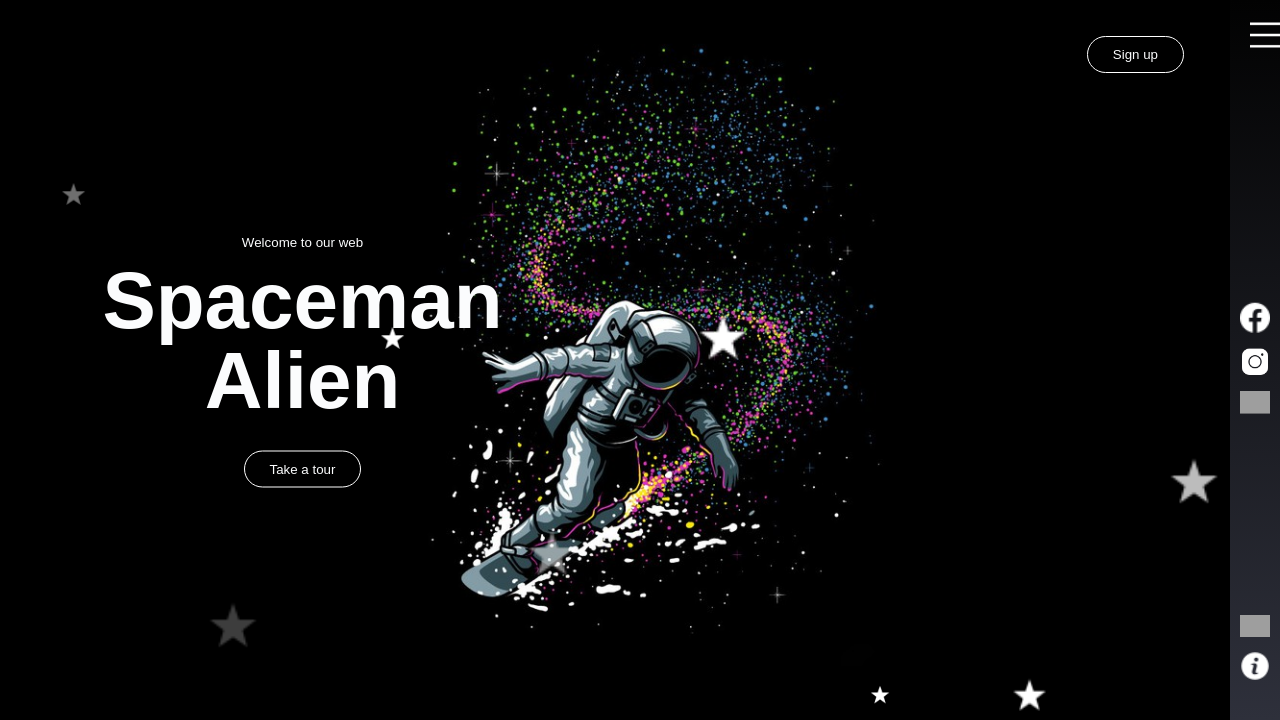
Repository: 70y-ali/branding_
Page: /
These files come from the project's save history. The page is drawn as it stood at one moment and after the next save; the edit follows.
The browser window is 1280 px wide. The pictures show the whole page.
Pictures or frames that could not be fetched are drawn as grey boxes. The project was rebuilt for these pictures with package versions that can differ from the ones it lists, and the page was loaded fresh each time. A package was used in the major version that the imports need, not the one package.json lists.

Above is the page before, as saved 2020-12-29 16:28:57.

### src/index.js
import React from 'react';
import ReactDOM from 'react-dom';
import App from '../src/views/App';
import './index.css';

ReactDOM.render(
  <App />,
  document.getElementById('root')
);
// import React from 'react'
// import { render } from 'react-dom'
// import { Provider } from 'react-redux'
// import { BrowserRouter as Router } from 'react-router-dom'
// import App from 'views/App'
// import store from 'redux/rootStore'

// import '@fortawesome/fontawesome-free/css/all.min.css'
// import 'react-datepicker/dist/react-datepicker.css'
// import './index.css'

// require('dotenv').config()

// render(
// 	<Provider store={store}>
// 		<Router>
// 			<App />
// 		</Router>
// 	</Provider>
// 	,document.getElementById('root')
// )

### src/views/App.js
import React, { Component } from 'react';
// import logo from '../logo.svg';
import '../App.css';
import Home from './HomePage'

class App extends Component {
  render() {
    return (
      <div className="App">
        <Home/>
        {/* <div className="App-header">
          <img src={logo} className="App-logo" alt="logo" />
          <h2>Welcome to React</h2>
        </div>

        <p className="App-intro">
          To get started, edit <code>src/App.js</code> and save to reload.
        </p> */}
      </div>
    );
  }
}

export default App;
// import React, { Fragment } from 'react'
// import { Route, Switch } from 'react-router-dom'
// import Cookie from 'utilities/CookieUtility'
// import {
// 	Navbar,
// 	Footer,
// 	CallReceiveModal
// } from 'components/OtherComponents'
// import AgentPage from './AgentPage'
// import AnnouncementPage from './AnnouncementPage'
// import BonusPage from './BonusPage'
// import CallRegisterPage from './CallRegisterPage'
// import LostPage from './LostCallPage'
// import CallTypePage from './CallTypePage'
// import CallTypeTestPage from './CallTypeTestPage'
// import ConsumerPage from './ConsumerPage'
// import {DashboardPage} from './DashboardPage'

// import HomePage from './HomePage'
// import LoginPage from './LoginPage'
// import RolePage from './RolePage'
// import IVRPage from './IVRPage'
// import ChatPage from './ChatPage'
// import ChangePasswordPage from './ChangePasswordPage'
// import {
// 	TicketPage,
// 	TicketOtherEmploymentPage,
// 	TicketReportListPage
// } from './TicketPage'
// import {
// 	OperatorReportPage,
// 	OperatorHistoryPage,
// 	OperatorPage
// } from './OperatorPage'
// import {
// 	CallReportPage
// } from './CallReportPage'
// import { MessagePage,
// 	MessageHistoryPage
// } from './MessagePage'
// import {TestHourPage}  from './TestHourPage'
// import {TestPage} from './TestPage'
// import {NewOrderPage,
// 	OrderFilterPage,
// 	NewOrderRegistrationPage,
// 	OrderRangePage,
// 	ReportPage} from './OrderPage'
// import NewComponent from './NewComponentsPage'
// import {SocialReportPage} from './SocialReportPage'
// import MergePage from './SocialMergePage'
// import {AdminPage}from './AdminPage'
// import {
// 	OutingPage,
// 	LevelOnePage,
// 	LevelTwoPage
// } from './OutingPage'

// const Routes = () => {
// 	const authorization = Cookie.get('auth')
// 	if (authorization)
// 		return (
// 			<Fragment>
// 				<Navbar />
// 				<CallReceiveModal />
// 				<Switch>
// 					<Route
// 						path='/outing-telesales'
// 						component={OutingPage}
// 						exact
// 					/>
// 					<Route
// 						path='/outing-level-one'
// 						component={LevelOnePage}
// 						exact
// 					/>
// 					<Route
// 						path='/outing-level-two'
// 						component={LevelTwoPage}
// 						exact
// 					/>
// 					<Route
// 						path='/order-report'
// 						component={ReportPage}
// 						exact
// 					/>
// 					<Route
// 						path='/social-report'
// 						component={SocialReportPage}
// 						exact
// 					/>
// 					<Route
// 						path='/admin-panel'
// 						component={AdminPage}
// 						exact
// 					/>
// 					<Route
// 						path='/merge'
// 						component={MergePage}
// 						exact
// 					/>
// 					<Route
// 						path='/new-order'
// 						component={NewOrderPage}
// 						exact
// 					/>
// 					<Route
// 						path='/operator-order'
// 						component={OrderFilterPage}
// 						exact
// 					/>
// 					<Route
// 						path='/order-range'
// 						component={OrderRangePage}
// 						exact
// 					/>
// 					<Route
// 						path='/order-registration'
// 						component={NewOrderRegistrationPage}
// 						exact
// 					/>
// 					<Route
// 						path='/operator-work-report'
// 						component={OperatorPage}
// 						exact
// 					/>
// 					<Route
// 						path='/management-operator-hour'
// 						component={TestPage}
// 						exact
// 					/>
// 					<Route
// 						path='/test-test'
// 						component={TestHourPage}
// 						exact
// 					/>
// 					<Route
// 						path='/type-test'
// 						component={CallTypeTestPage}
// 						exact
// 					/>
// 					<Route
// 						path='/'
// 						component={HomePage}
// 						exact
// 					/>
// 					<Route
// 						path='/send-message'
// 						component={MessagePage}
// 					/>
// 					<Route
// 						path='/message-history'
// 						component={MessageHistoryPage}
// 					/>
// 					<Route
// 						path='/lost-call-report'
// 						component={LostPage}
// 					/>
// 					<Route
// 						path='/dashboard'
// 						component={DashboardPage}
// 						exact
// 					/>
// 					<Route
// 						path='/agent'
// 						component={AgentPage}
// 						exact
// 					/>
// 					<Route
// 						path='/announcement'
// 						component={AnnouncementPage}
// 						exact
// 					/>
// 					<Route
// 						path='/help'
// 						component={BonusPage}
// 						exact
// 					/>
// 					<Route
// 						path='/call-register'
// 						component={CallRegisterPage}
// 						exact
// 					/>
// 					<Route
// 						path='/call-type'
// 						component={CallTypePage}
// 						exact
// 					/>
// 					<Route
// 						path='/consumer'
// 						component={ConsumerPage}
// 						exact
// 					/>
// 					<Route
// 						path='/role'
// 						component={RolePage}
// 						exact
// 					/>
// 					<Route
// 						path='/change-password'
// 						component={ChangePasswordPage}
// 						exact
// 					/>
// 					<Route
// 						path='/ticket'
// 						component={TicketPage}
// 						exact
// 					/>
// 					<Route
// 						path='/ticket-other-employment'
// 						component={TicketOtherEmploymentPage}
// 						exact
// 					/>
// 					<Route
// 						path='/ticket-report-list'
// 						component={TicketReportListPage}
// 						exact
// 					/>
// 					<Route
// 						path='/operator-history'
// 						component={OperatorHistoryPage}
// 						exact
// 					/>
// 					<Route
// 						path='/operator-report'
// 						component={OperatorReportPage}
// 						exact
// 					/>
// 					<Route
// 						path='/ivr'
// 						component={IVRPage}
// 						exact
// 					/>
// 					<Route
// 						path='/call-account-report'
// 						component={CallReportPage}
// 						exact
// 					/>
// 					<Route
// 						path='/chat'
// 						component={ChatPage}
// 						exact
// 					/>
// 					<Route
// 						path='/test-newComponent'
// 						component={NewComponent}
// 						exact
// 					/>
// 				</Switch>
// 				<Footer />
// 			</Fragment>
// 		)
// 	else return <LoginPage />
// }

// export default Routes

### src/App.css
.App {
  text-align: center;
}

.App-logo {
  animation: App-logo-spin infinite 20s linear;
  height: 80px;
}

.App-header {
  background-color: #222;
  height: 150px;
  padding: 20px;
  color: white;
}

.App-intro {
  font-size: large;
}

@keyframes App-logo-spin {
  from { transform: rotate(0deg); }
  to { transform: rotate(360deg); }
}

*{
  margin: 0;
  padding: 0;
  font-family: sans-serif;
}
.hero{
  width: 100%;
  height: 100vh;
  background-image: url('components/assets/spaceman.jpg');
  background-size: cover;
  background-position: center;
  position: relative;
  overflow: hidden;
}
.logo{
  width:100px;
  cursor:pointer
}
.navbar{
  width:85%;
  height:15%;
  margin:auto;
  display:flex;
  align-items: center;
  justify-content:space-between
}
button{
  color: #fbfcfd;
  padding: 10px 25px;
  background: transparent ;
  border: 1px solid #fff;
  border-radius: 20px;
  outline: none;
  cursor: pointer;
}
.content{
  color: #fbfcfd;
  position: absolute;
  top: 50%;
  left: 8%;
  transform: translateY(-50%);
  z-index: 2;
}
h1{
  font-size: 80px;
  margin: 10px 0 30px;
  line-height: 80px;
}
.side-bar{
  width: 50px;
  height: 100vh;
  background: linear-gradient(#020202, #2e303b);
  position: absolute;
  right: 0;
  top: 0;
}
.menu{
  display: block;
  width: 30px;
  margin: 20px;
  cursor: pointer;
}
.social-links img, .useful-links img{
  width: 30px;
  margin: 5px auto;
  cursor: pointer;
}
.social-links{
  width: 50px;
  text-align: center;
  position: absolute;
  top: 50%;
  transform: translateY(-50%);
}
.useful-links{
  width: 50px;
  text-align: center;
  position: absolute;
  bottom: 30px;
}
.star img{
  width: 50px;
  animation: star 4s linear infinite;
}
.star{
  width: 100%;
  display: flex;
  align-items: center;
  justify-content: space-around;
  position: absolute;
  bottom: 0;
}
@keyframes star{
  0%{
    transform: translateY(0);
    opacity: 0;
  }
  50%{
    opacity: 1;
  }
  70%{
    opacity: 1;
  }
  100%{
    transform: translateY(-80vh);
    opacity: 0;
  }
}
.star img:nth-child(1) {
  animation-delay: 2s;
  width: 25px;
}
.star img:nth-child(2) {
  animation-delay: 1s;
}
.star img:nth-child(3) {
  animation-delay: 3s;
  width: 25px;
}
.star img:nth-child(4) {
  animation-delay: 4.5s;
}
.star img:nth-child(5) {
  animation-delay: 3s;
}
.star img:nth-child(6) {
  width: 20px;
  animation-delay: 6s;
}
.star img:nth-child(7) {
  width: 35px;
  animation-delay: 7s;
}

### src/views/HomePage/index.jsx
import React from 'react'
// import { PageLayout } from 'shared/components'
import Home from '../../components/Home/index'

const HomePage = () => {
	return(
        <Home/>
		// <PageLayout>
		// 	<CallRegisterForm1/>
		// 	{/* <h2 data-testid='homepage' className='text-center mt-90'>DDISH CallCenter</h2> */}
		// </PageLayout>
	)

}

export default HomePage

### src/components/Home/index.js
/* eslint-disable */
import React, { Component } from 'react';
import menu from '../assets/menu.png';
import fb from '../assets/filled_fb.png';
import instagram from '../assets/filled_instagram.png';
import twitter from '../assets/filled_twitter.png';
import share from '../assets/filled_share.png'
import info from '../assets/filled_info.png'
import star from '../assets/start.png'
import '../../App.css'
class Main extends Component {
    render() {
        return (
            <div>
                {/* <img src={Background}></img> */}
                <div className='hero'>
                    <div className='navbar'>
                        <img  className='logo'/> {/*src={Diamond}*/}
                        <button type='button'>Sign up</button>
                    </div>
                    <div className='content'>
                        <small>Welcome to our web</small>
                        <h1>Spaceman<br/>Alien</h1>
                        <button type='button'>Take a tour</button>
                    </div>
                    <div className='side-bar'>
                        <img src={menu} className="menu"/>
                        <div className="social-links">
                            <img src={fb}/>
                            <img src={instagram}/>
                            <img src={twitter}/>
                        </div>
                        <div className="useful-links">
                            <img src={share}/>
                            <img src={info}/>
                        </div>
                    </div>
                    <div className='star'>
                        <img src={star}/>
                        <img src={star}/>
                        <img src={star}/>
                        <img src={star}/>
                        <img src={star}/>
                        <img src={star}/>
                        <img src={star}/>
                        <img src={star}/>
                    </div>
                </div>
            </div>
        )
    }
}

export default Main

Loaded but not shown: public/index.html (common file); src/index.css (common file)

After the next save:
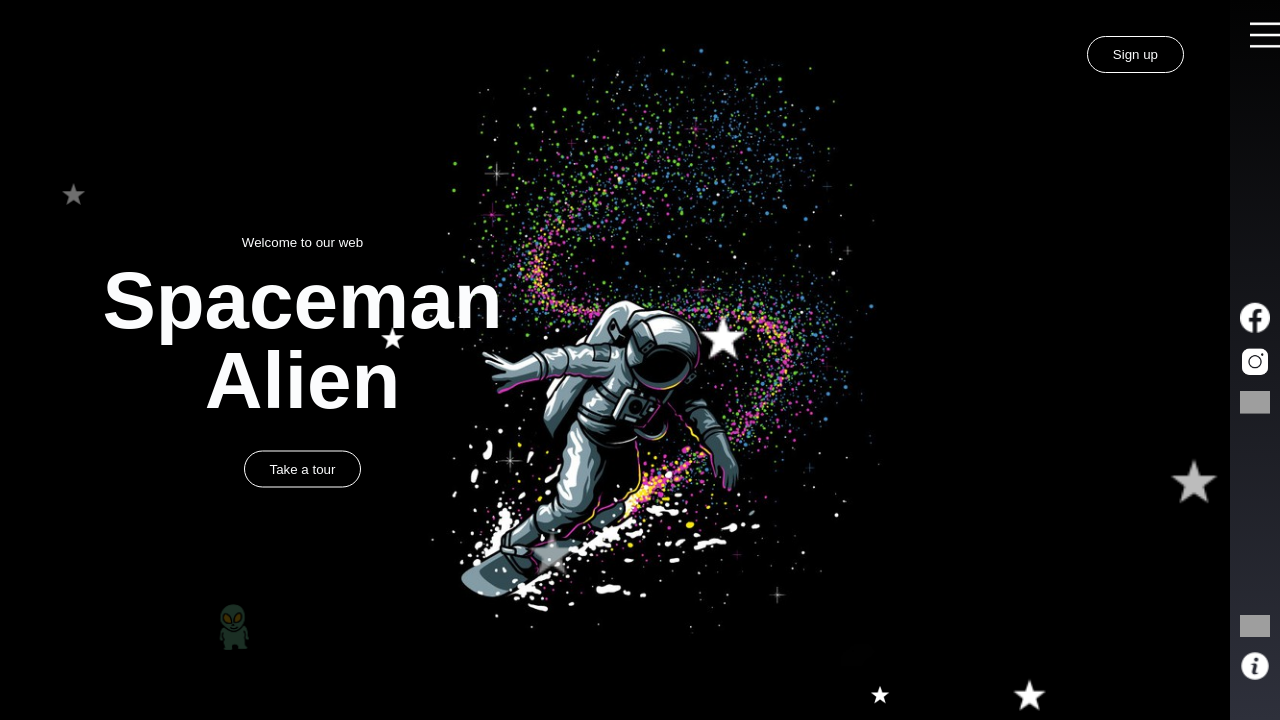
Saved 5 min 18 s later.
--- a/src/components/Home/index.js
+++ b/src/components/Home/index.js
@@ -7,6 +7,7 @@
 import share from '../assets/filled_share.png'
 import info from '../assets/filled_info.png'
 import star from '../assets/start.png'
+import alien from '../assets/alien1.png'
 import '../../App.css'
 class Main extends Component {
     render() {
@@ -37,7 +38,7 @@
                     </div>
                     <div className='star'>
                         <img src={star}/>
-                        <img src={star}/>
+                        <img src={alien}/>
                         <img src={star}/>
                         <img src={star}/>
                         <img src={star}/>
